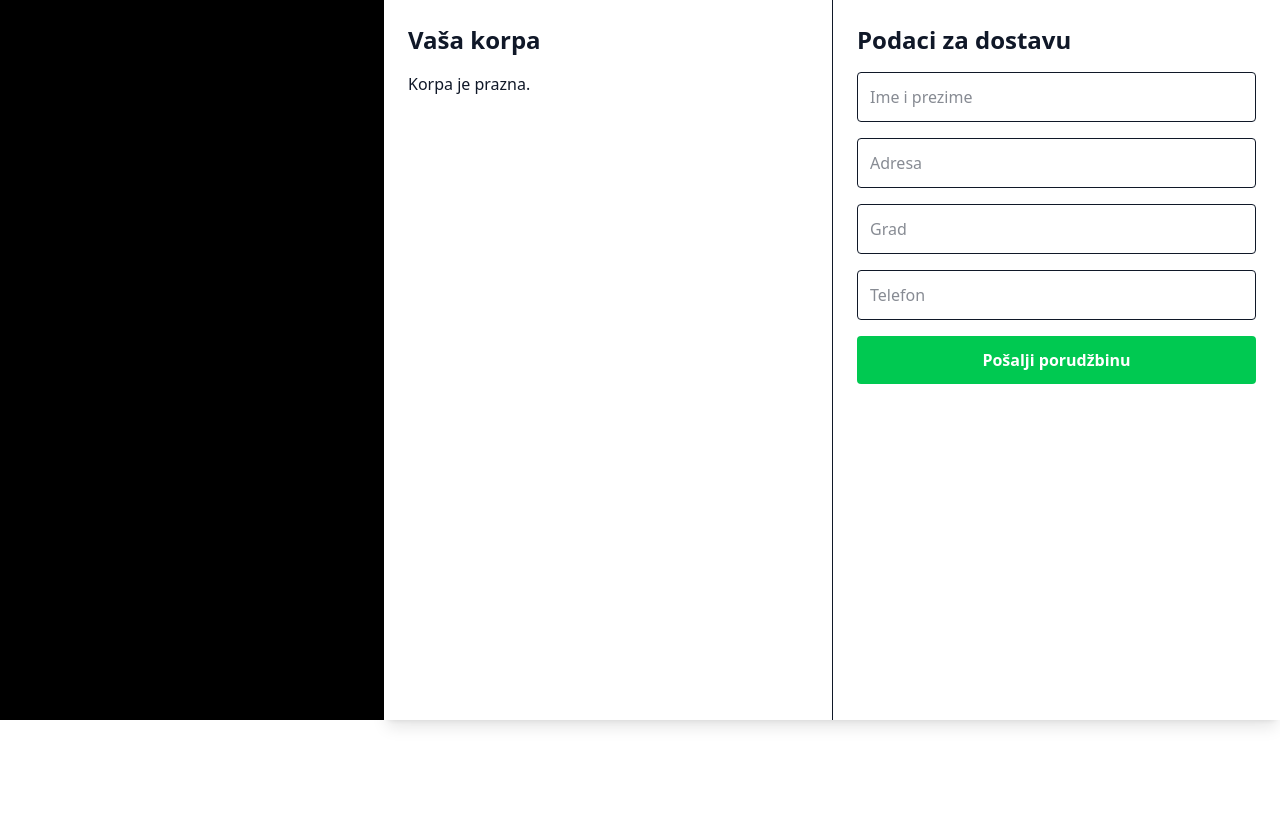
Repository: dimitrijekokovic/dinoparkk
Page: /shop, after clicking the first element matching `div.fixed`
The author's editor kept a copy of each file at every save. The page is drawn from the files as they stood at one save, then again after the next save.
The browser window is 1280 px wide. The pictures show the whole page.
Pictures or frames that could not be fetched are drawn as grey boxes. The page's requests for data from a server got no answer. The project was rebuilt for these pictures with package versions that can differ from the ones it lists, and the page was loaded fresh each time. The framework's server and built-in components were replaced by stand-ins that run in the browser. No one was signed in, and anything a server would have sent is missing. Also part of the build but not shown: next.config.ts.

Above is the page before, as saved 2025-03-22 12:21:05.

After the next save:
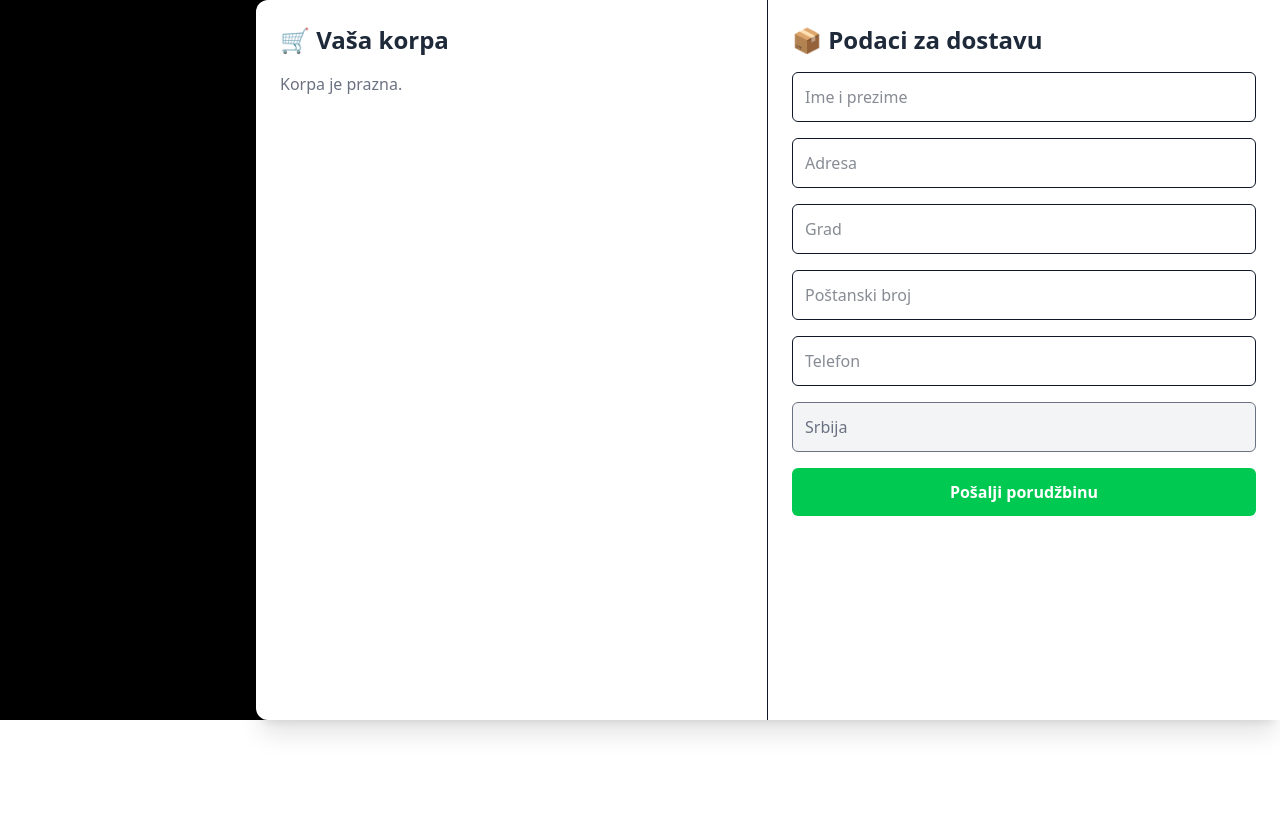
Saved 15 min 44 s later.
--- a/app/shop/components/CartDrawer.tsx
+++ b/app/shop/components/CartDrawer.tsx
@@ -23,52 +23,72 @@ const CartDrawer = ({
   if (!isOpen) return null;
 
   return (
-    <div className="fixed inset-0 bg-black bg-opacity-40 z-50 flex justify-end">
-      <div className="w-full max-w-4xl bg-white shadow-lg flex flex-col md:flex-row">
-        {/* Leva strana - proizvodi */}
-        <div className="w-full md:w-1/2 p-6 overflow-y-auto">
-          <h2 className="text-2xl font-bold mb-4">Vaša korpa</h2>
+    <div className="fixed inset-0 bg-black bg-opacity-50 z-50 flex justify-end">
+      <div className="w-full max-w-5xl bg-white shadow-xl rounded-l-xl flex flex-col md:flex-row overflow-hidden">
+        {/* Leva strana - Proizvodi */}
+        <div className="w-full md:w-1/2 p-6 overflow-y-auto border-r">
+          <h2 className="text-2xl font-bold mb-4 text-gray-800">
+            🛒 Vaša korpa
+          </h2>
           {cartItems.length === 0 ? (
-            <p>Korpa je prazna.</p>
+            <p className="text-gray-500">Korpa je prazna.</p>
           ) : (
             <ul className="space-y-4">
               {cartItems.map((item, index) => (
-                <li key={index} className="flex justify-between">
-                  <span>{item.name}</span>
-                  <span>{item.price} RSD</span>
+                <li
+                  key={index}
+                  className="flex justify-between items-center border-b pb-2"
+                >
+                  <span className="font-medium text-gray-700">{item.name}</span>
+                  <span className="text-green-600 font-semibold">
+                    {item.price} RSD
+                  </span>
                 </li>
               ))}
             </ul>
           )}
         </div>
 
-        {/* Desna strana - forma */}
-        <div className="w-full md:w-1/2 p-6 border-l">
-          <h2 className="text-2xl font-bold mb-4">Podaci za dostavu</h2>
+        {/* Desna strana - Forma */}
+        <div className="w-full md:w-1/2 p-6">
+          <h2 className="text-2xl font-bold mb-4 text-gray-800">
+            📦 Podaci za dostavu
+          </h2>
           <form className="space-y-4">
             <input
               type="text"
               placeholder="Ime i prezime"
-              className="w-full p-3 border rounded"
+              className="w-full p-3 border rounded-md"
             />
             <input
               type="text"
               placeholder="Adresa"
-              className="w-full p-3 border rounded"
+              className="w-full p-3 border rounded-md"
             />
             <input
               type="text"
               placeholder="Grad"
-              className="w-full p-3 border rounded"
+              className="w-full p-3 border rounded-md"
             />
             <input
               type="text"
+              placeholder="Poštanski broj"
+              className="w-full p-3 border rounded-md"
+            />
+            <input
+              type="tel"
               placeholder="Telefon"
-              className="w-full p-3 border rounded"
+              className="w-full p-3 border rounded-md"
+            />
+            <input
+              type="text"
+              value="Srbija"
+              disabled
+              className="w-full p-3 border rounded-md bg-gray-100 text-gray-500 cursor-not-allowed"
             />
             <button
               type="submit"
-              className="w-full bg-green-500 text-white p-3 rounded font-bold hover:bg-green-600"
+              className="w-full bg-green-500 text-white p-3 rounded-md font-bold hover:bg-green-600 transition"
             >
               Pošalji porudžbinu
             </button>
@@ -76,7 +96,7 @@ const CartDrawer = ({
         </div>
       </div>
       <button
-        className="absolute top-4 right-4 text-white text-2xl"
+        className="absolute top-4 right-4 text-white text-2xl font-bold"
         onClick={onClose}
       >
         ✕
